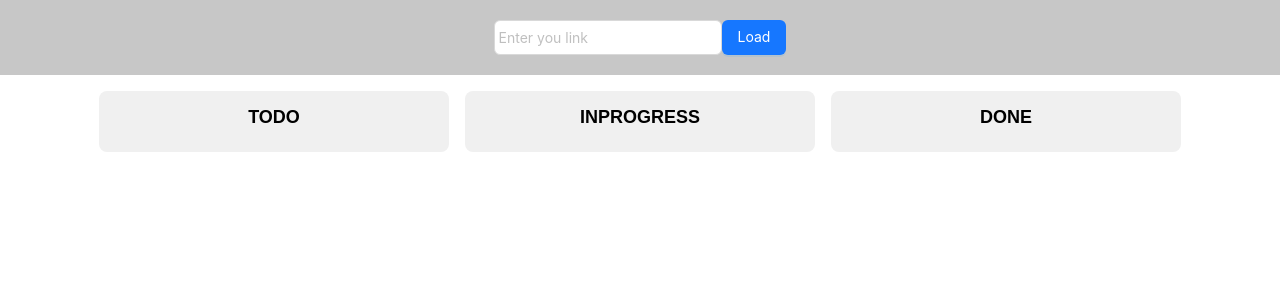
Repository: dVaselevsliy/kanban-test
Page: /
These files come from the project's save history. The page is drawn as it stood at one moment and after a run of saves; the edit follows.
The browser window is 1280 px wide. The pictures show the whole page.
The project was rebuilt for these pictures with package versions that can differ from the ones it lists, and the page was loaded fresh each time. Also part of the build but not shown: vite.config.ts, src/helpers/timeAgo.js, src/components/Issue.tsx.

Above is the page before, as saved 2025-03-03 01:56:47.

### src/main.tsx
import { StrictMode } from 'react'
import { createRoot } from 'react-dom/client'
import App from './App.tsx'
import 'antd/dist/reset.css';
import './styles/styles.scss'
import { Provider } from 'react-redux'
import { store } from './redux/store.ts'

createRoot(document.getElementById('root')!).render(
  <StrictMode>
    <Provider store={store}>
      <App />
    </Provider>
  </StrictMode>,
)

### src/App.tsx
import React, { useEffect, useState } from "react"
import KanbanBoard from "./components/KanbanBoard"
import { useAppDispatch, useAppSelector } from "./redux/hooks"
import { setIssues, setLink, setQuery} from "./array/dataArray"
import { getGitHubLink } from "./api"
import { Button, Input } from 'antd';


function App() {
  const [error, setError] = useState('')
  const [loading, setLoading] = useState(false)

  const dispatch = useAppDispatch()
  const { query, link, issues } = useAppSelector(state => state.data)

  const submit = (query: string) => {
    dispatch(setLink(query))
  }

  const handleSubmit = (event: React.FormEvent) => {
    event.preventDefault();

    if (query.length === 0) {
      return
    }

    submit(query)

    reset()
  }

  const reset = () => {
    dispatch(setQuery(''))
    setError('')
  }

  useEffect(() => {
    if (!link) return

    setLoading(true)
    setError('')
  /*  check local storage for repo link if it has tasks already
      if has - take tasks from local storage
      if no - make a request
    */
    getGitHubLink(link)
      .then(issues => {
        dispatch(setIssues(issues))
      })
      .catch(() => setError('Failed to loud issues'))
      .finally(() => setLoading(false))
  }, [dispatch, link])

  return (
    <>
      <div>
        <form onSubmit={handleSubmit} className="form">
          <label htmlFor="query"></label>
          <Input
            value={query}
            onChange={(event) => {
              dispatch(setQuery(event.target.value))
            }}
            className="input"
            placeholder="Enter you link"
            id="query"
            type="text" />

          <Button
            color="default"
            htmlType="submit"
            type="primary"
            className="button"
            loading={loading}
          >
            Load
          </Button>
          {error && error}
        </form>
        <KanbanBoard issues={issues} repoUrl={link} />
      </div>
    </>
  )
}

export default App

### src/styles/styles.scss
* {
  box-sizing: border-box;
}

body {
  margin: 0;
  padding: 0;
}

.form {
  display: flex;
  justify-content: center;
  padding-block: 20px;
  background-color: #c7c7c7;
}

.input {
  height: 35px;
  width: 100%;
  max-width: fit-content;
  padding: 4px;
}

.button {
  height: 35px;
}

.colums > div {
  flex: 1;
  display: flex;
  flex-direction: column;
}

.colums {
  display: flex;
  justify-content: center;
  align-items: stretch;
  gap: 20px;
  width: 100%;

  &__name {
    text-align: center;
  }

  &__container {
    background-color: #d1d2d7;
    margin: 20px;
    border: 1px solid;
    flex-grow: 1;
    display: flex;
    flex-direction: column;
    align-items: center;
  }
}

.issue {
  border: 1px solid black;
  display: flex;
  flex-direction: column;
  width: 100%;
  margin: auto;
  padding: 15px;
  margin: 20px 0;
  border-radius: 16px;
  background-color: white;
  cursor: grab;

  &__title {
    text-align: left;
    font-size: 14px;
    font-weight: 400;
    margin: 0;
    margin-block: 5px;
    font-weight: bold;
  }

  &__description {
    text-align: left;
    font-size: 14px;
    font-weight: 400;
    margin: 0;
    margin-block: 5px;
  }

  &__second-section {
    display: flex;
    align-items: baseline;
    gap: 5px;
  }

  &__id {
    margin: 0;
    font-size: 14px;
  }

  &__third-section {
    display: flex;
    gap: 10px;
    width: 100%;
  }

  &__link {
    margin: 0;
  }
}

.kanban-container {
  display: flex;
  justify-content: center;
  gap: 16px;
  padding: 16px;
}

.kanban-column {
  max-width: 350px;
  width: 33.3%;
  padding: 16px;
  background-color: #f0f0f0;
  border-radius: 8px;
}

.kanban-title {
  font-size: 18px;
  font-weight: bold;
  margin-bottom: 8px;
  text-align: center;
}

.kanban-task {
  padding: 8px;
  background-color: white;
  border-radius: 4px;
  box-shadow: 0 2px 4px rgba(0, 0, 0, 0.1);
  margin-bottom: 8px;
  cursor: pointer;
}

.kanban-task:active {
  opacity: 0.7;
}

.kanban-new-task {
  width: 33.3%;
  padding: 16px;
}

.kanban-input {
  width: 100%;
  padding: 8px;
  border: 1px solid #ccc;
  border-radius: 4px;
}

.kanban-button {
  width: 100%;
  margin-top: 8px;
  padding: 8px;
  background-color: #007bff;
  color: white;
  border: none;
  border-radius: 4px;
  cursor: pointer;
}

.kanban-button:hover {
  background-color: #0056b3;
}

### src/redux/store.ts
import { configureStore } from "@reduxjs/toolkit";
import dataReducer from "../../src/array/dataArray";

export const store = configureStore({
  reducer: {
    data: dataReducer,
  },
});

export type AppDispatch = typeof store.dispatch;
export type RootState = ReturnType<typeof store.getState>;

### src/components/KanbanBoard.tsx
import { useEffect, useState } from "react";
import Task from "./Issue";
import { IssueType } from "../type/IssueType";
import { } from 'antd';

const initialTasks = {
  todo: [],
  inProgress: [],
  done: [],
};

interface Props {
  issues: IssueType[],
  repoUrl: string
}

export default function KanbanBoard({ issues, repoUrl }: Props) {
  const [tasks, setTasks] = useState(initialTasks);
  const [draggedTask, setDraggedTask] = useState(null);
  const [draggedOverTask, setDraggedOverTask] = useState(null);

  useEffect(() => {
    const storedTasks = localStorage.getItem(`kanban-${repoUrl}`)
    if (storedTasks) {
      setTasks(JSON.parse(storedTasks))
    } else {
      const newTasks = {
        todo: issues.filter(issue => issue.state === 'open' && !issue.assignee),
        inProgress: issues.filter(issue => issue.state === 'open' && issue.assignee),
        done: issues.filter(issue => issue.state === 'closed')
      }
      setTasks(newTasks)
    }
  }, [issues, repoUrl])

  useEffect(() => {
    localStorage.setItem(`kanban-${repoUrl}`, JSON.stringify(tasks))
  }, [tasks, repoUrl])

  const handleDragStart = (task: IssueType, column: string) => {
    setDraggedTask({ task, column });
  };

  const handleDragOver = (task: IssueType) => {
    setDraggedOverTask(task);
  };

  const handleDrop = (column: string) => {
    if (!draggedTask) return;

    const { task, column: fromColumn } = draggedTask;

    if (fromColumn === column) {
      const updatedColumn = [...tasks[column]];
      const fromIndex = updatedColumn.indexOf(task);
      const toIndex = updatedColumn.indexOf(draggedOverTask);

      updatedColumn.splice(fromIndex, 1);
      updatedColumn.splice(toIndex, 0, task);

      setTasks({ ...tasks, [column]: updatedColumn });
      /* local storage */
    } else {
      const updatedFromColumn = tasks[fromColumn].filter((t) => t !== task);
      const updatedToColumn = [...tasks[column]];
      const toIndex = draggedOverTask ? updatedToColumn.indexOf(draggedOverTask) : updatedToColumn.length;

      updatedToColumn.splice(toIndex, 0, task);

      setTasks({
        ...tasks,
        [fromColumn]: updatedFromColumn,
        [column]: updatedToColumn,
      });
      /* local storage - tasks for each repo
        {
          repo1URl: [
          ...
          ],
          repo2URl: [
          ...
          ],
        }
      */
    }

    setDraggedTask(null);
    setDraggedOverTask(null);
  };

  const columns = ["todo", "inProgress", "done"];

  return <div className="kanban-container">
      {columns.map((col) => (
        <div
          key={col}
          className="kanban-column"
          onDragOver={(e) => e.preventDefault()}
          onDrop={() => handleDrop(col)}
        >
          <h2 className="kanban-title">{col.toUpperCase()}</h2>
          {tasks[col].map((task) => (
            <Task
              key={task.id}
              issue={task}
              col={col}
              handleDragStart={handleDragStart}
              handleDragOver={handleDragOver}
            />
          ))}
        </div>
      ))}
    </div>
}

### src/redux/hooks.ts
import { TypedUseSelectorHook, useDispatch, useSelector } from "react-redux";
import { AppDispatch } from "./store";
import { RootState } from "@reduxjs/toolkit/query";

export const useAppDispatch = () => useDispatch<AppDispatch>()
export const useAppSelector: TypedUseSelectorHook<RootState> = useSelector

### src/array/dataArray.ts
import { createSlice, PayloadAction } from "@reduxjs/toolkit"
import { IssueType } from "../type/IssueType"

type DataType = {
  query: string
  link: string
  issues: IssueType[]
}

const initialState: DataType = {
  query: '',
  link: '',
  issues: [],
}

const dataSlice = createSlice({
  name: 'data',
  initialState,
  reducers: {
    setQuery: (state, action: PayloadAction<string>) => {
      state.query = action.payload
    },
    setLink: (state, action: PayloadAction<string>) => {
      state.link = action.payload
    },
    setIssues: (state, action: PayloadAction<IssueType[]>) => {
      state.issues = action.payload
    }
  }
})

export default dataSlice.reducer
export const { setQuery, setLink, setIssues } = dataSlice.actions;

### src/api.ts
export function getGitHubLink(link: string) {
  try {
    const repoPath = new URL(link).pathname.replace(/^\//, "");
    const url = `https://api.github.com/repos/${repoPath}/issues`

    return fetch(url, {
      headers: {
        "Accept": "application/vnd.github.v3+json",
      },
    })
      .then(res => res.json())
      .catch(() => 'Link loading Error')
  } catch {
    return Promise.resolve({error: 'Invalid URL'})
  }
}

Loaded but not shown: index.html (common file)

After the next 2 saves:
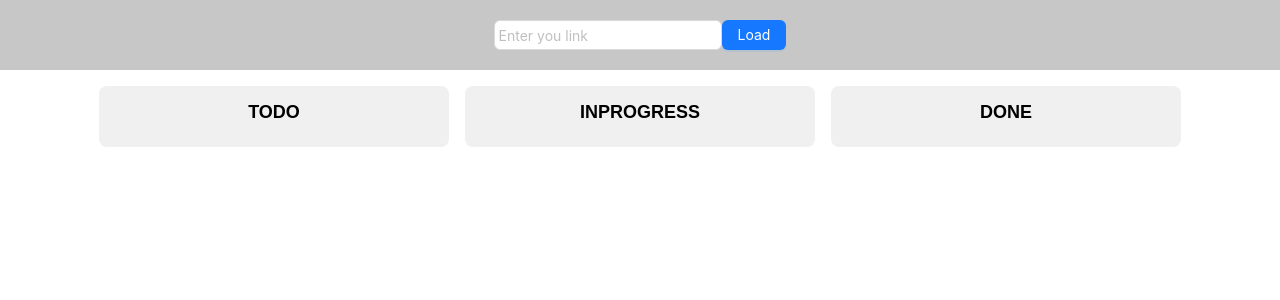
The 2 saves are shown as one change because they came seconds apart.
The last was saved 11 s later.
--- a/src/styles/styles.scss
+++ b/src/styles/styles.scss
@@ -15,14 +15,14 @@ body {
 }
 
 .input {
-  height: 35px;
+  height: 30px;
   width: 100%;
   max-width: fit-content;
   padding: 4px;
 }
 
 .button {
-  height: 35px;
+  height: 30px;
 }
 
 .colums > div {
